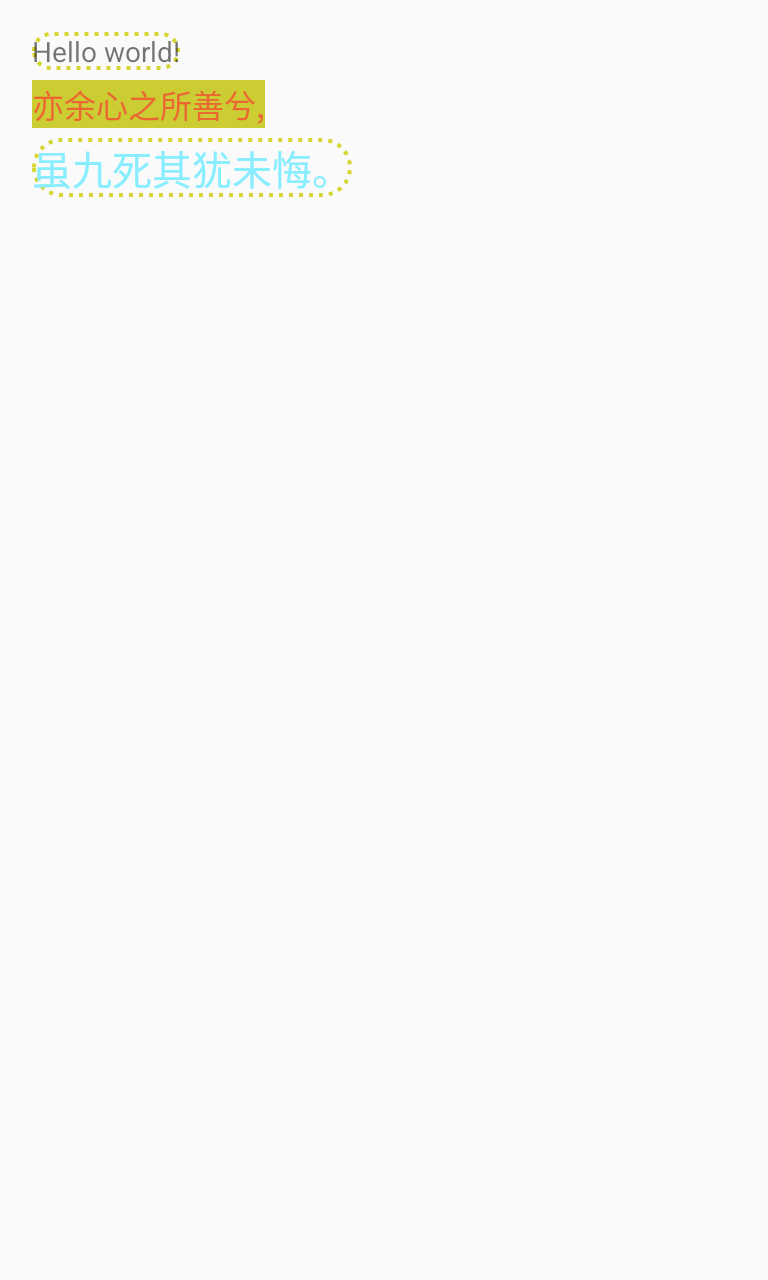
Repository: duhei/cici
Layout: GitHubFrist/res/layout/activity_main.xml
An editor plug-in stored every save of this project. The layout is shown before and after the next save, followed by the edit.
It is drawn on a 768 x 1280 px phone screen (xhdpi) without system bars, with theme AppTheme; the app's code is not run.

Above is the layout before, as saved 2015-07-10 08:46:35.

### GitHubFrist/res/layout/activity_main.xml
<LinearLayout xmlns:android="http://schemas.android.com/apk/res/android"
    xmlns:tools="http://schemas.android.com/tools"
    android:layout_width="match_parent"
    android:layout_height="match_parent"
    android:paddingBottom="@dimen/activity_vertical_margin"
    android:paddingLeft="@dimen/activity_horizontal_margin"
    android:paddingRight="@dimen/activity_horizontal_margin"
    android:paddingTop="@dimen/activity_vertical_margin"
    tools:context="com.mylove.githubfrist.MainActivity"
    android:orientation="vertical"
    >

    <TextView
        android:layout_width="wrap_content"
        android:layout_height="wrap_content"
        android:text="@string/hello_world"
        android:background="@drawable/corner_shape"
        />

    <TextView
        style="@style/warp_content"
        android:text="@string/lisao1"
        android:background="#FFCCCC33"
        android:textColor="#99FF2233"
        android:textSize="16dp"
        />

    <TextView
        style="@style/warp_textCol"
        android:layout_width="wrap_content"
        android:layout_height="wrap_content"
        android:background="@drawable/corner_shape"
        android:text="@string/lisao2" />



</LinearLayout>

### GitHubFrist/res/values/strings.xml
<?xml version="1.0" encoding="utf-8"?>
<resources>

    <string name="app_name">GitHubFrist</string>
    <string name="hello_world">Hello world!</string>
    <string name="action_settings">Settings</string>

    <string name="lisao1">亦余心之所善兮,</string>
    <string name="lisao2">虽九死其犹未悔。</string>

    <string name="east">东 青龙</string>
    <string name="west">西 白虎</string>
    <string name="south">南 朱雀</string>
    <string name="nouth">北 玄武</string>
</resources>

### GitHubFrist/res/drawable-hdpi/corner_shape.xml
<?xml version="1.0" encoding="utf-8"?>
<shape xmlns:android="http://schemas.android.com/apk/res/android" >

    <corners android:radius="20dp"/>

    <stroke android:width="2dp"
        android:dashGap="3dp"
        android:dashWidth="2dp"
        android:color="#FFD5D533"/>

</shape>

### GitHubFrist/res/drawable-hdpi/con_shape_top.xml
<?xml version="1.0" encoding="utf-8"?>
<shape xmlns:android="http://schemas.android.com/apk/res/android" >

    <corners android:topLeftRadius="15dp"
        android:topRightRadius="15dp"
        android:bottomLeftRadius="0dp"
        android:bottomRightRadius="0dp"
        />

</shape>

Loaded but not shown: GitHubFrist/res/values/styles.xml (common file); GitHubFrist/res/values-v11/styles.xml (common file); GitHubFrist/res/values-v14/styles.xml (common file); GitHubFrist/res/values/dimens.xml (common file); GitHubFrist/res/values-w820dp/dimens.xml (common file)

After the next save:
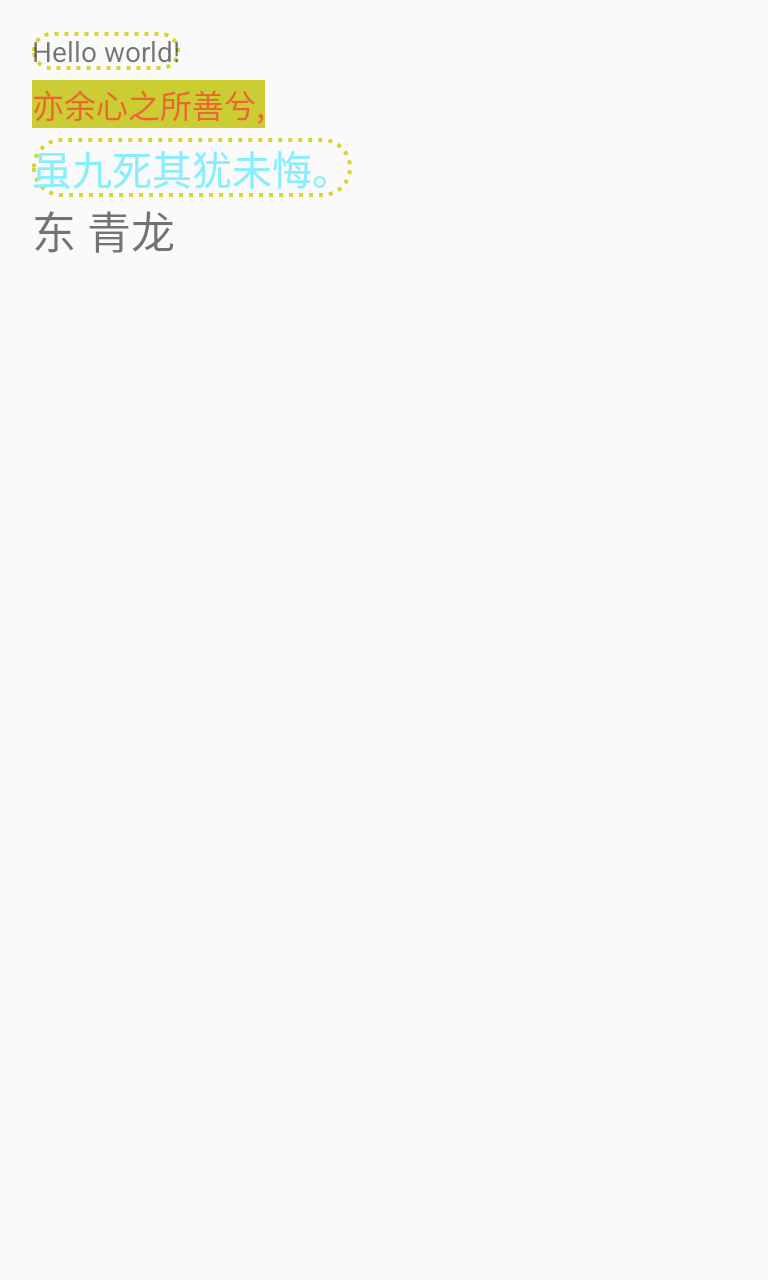
Saved 78 s later.
--- a/GitHubFrist/res/layout/activity_main.xml
+++ b/GitHubFrist/res/layout/activity_main.xml
@@ -32,6 +32,12 @@
         android:background="@drawable/corner_shape"
         android:text="@string/lisao2" />
 
-
+    <TextView
+        android:layout_width="match_parent"
+        android:layout_height="wrap_content"
+        android:background="@drawable/con_shape_top"
+        android:text="@string/east"
+        android:textSize="22dp"
+        />
 
 </LinearLayout>
